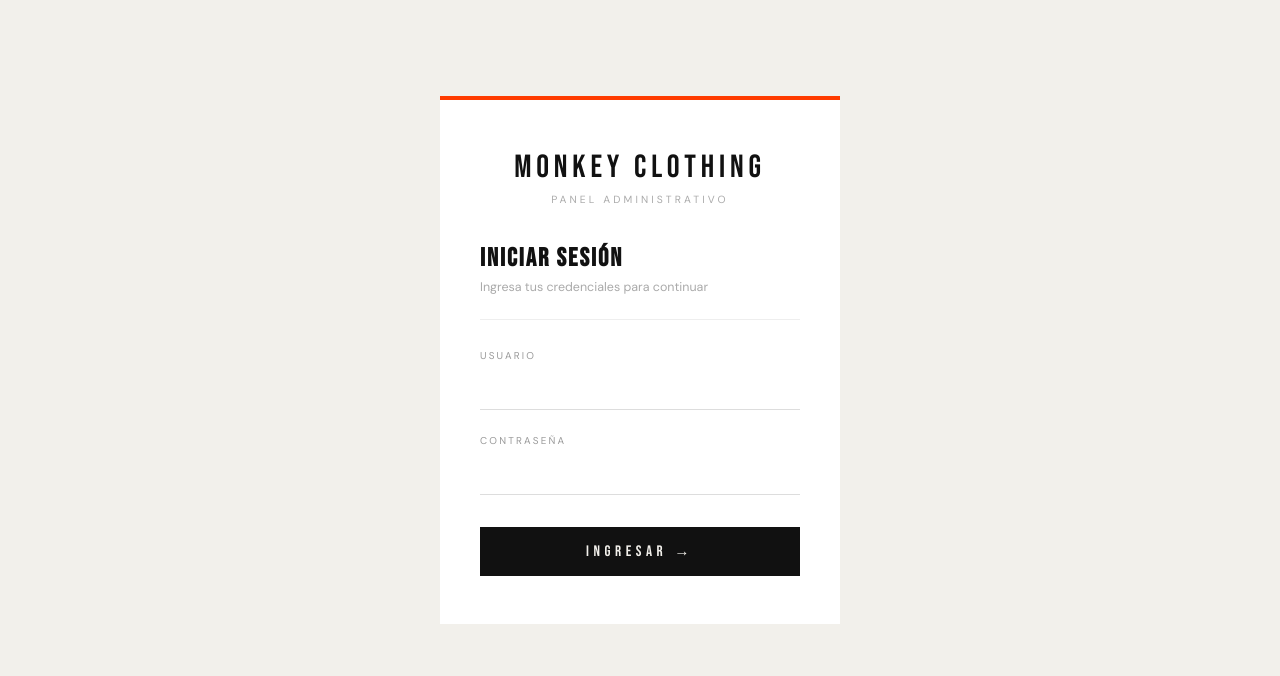
Repository: ZjhonzGz/MonkeyClothing
Page: http://localhost/login
An editor plug-in stored every save of this project. The page is shown before and after the next save, followed by the edit.
The browser window is 1280 px wide. The pictures show the whole page.
The page is this project's Thymeleaf template; nobody is signed in. The template is opened directly, without the code that normally fills it, so the values that code supplies are empty.

Above is the page before, as saved 2026-02-22 08:21:34.

### Monkey Clothing/monkeyclothing/src/main/resources/templates/login.html
<!DOCTYPE html>
<html xmlns:th="http://www.thymeleaf.org" lang="es">
<head>
    <meta charset="UTF-8"/>
    <meta name="viewport" content="width=device-width, initial-scale=1.0"/>
    <title>Monkey Clothing</title>
    <link href="https://fonts.googleapis.com/css2?family=Bebas+Neue&family=DM+Sans:wght@300;400;500&display=swap" rel="stylesheet"/>
    <style>
        * { box-sizing: border-box; margin: 0; padding: 0; }

        body {
            min-height: 100vh;
            background: #f2f0eb;
            font-family: 'DM Sans', sans-serif;
            display: flex;
            align-items: center;
            justify-content: center;
        }

        .card {
            background: #fff;
            width: 100%;
            max-width: 400px;
            padding: 3rem 2.5rem;
            border-top: 4px solid #ff3b00;
        }

        /* Logo */
        .brand {
            text-align: center;
            margin-bottom: 2.2rem;
        }

        .brand-name {
            font-family: 'Bebas Neue', sans-serif;
            font-size: 2rem;
            letter-spacing: .15em;
            color: #111;
            display: block;
        }

        .brand-sub {
            font-size: .65rem;
            letter-spacing: .3em;
            text-transform: uppercase;
            color: #aaa;
        }

        /* Title */
        .form-title {
            font-family: 'Bebas Neue', sans-serif;
            font-size: 1.6rem;
            letter-spacing: .08em;
            color: #111;
            margin-bottom: .3rem;
        }

        .form-sub {
            font-size: .78rem;
            color: #aaa;
            margin-bottom: 1.5rem;
        }

        .divider {
            width: 100%;
            height: 1px;
            background: #eee;
            margin-bottom: 1.8rem;
        }

        /* Error */
        .alert {
            font-size: .78rem;
            color: #ff3b00;
            background: rgba(255,59,0,.06);
            border-left: 3px solid #ff3b00;
            padding: .65rem 1rem;
            margin-bottom: 1.5rem;
        }

        /* Campos */
        .field { margin-bottom: 1.5rem; }

        .field label {
            display: block;
            font-size: .62rem;
            letter-spacing: .22em;
            text-transform: uppercase;
            color: #999;
            margin-bottom: .5rem;
        }

        .field input {
            width: 100%;
            border: none;
            border-bottom: 1.5px solid #ddd;
            padding: .6rem 0;
            font-family: 'DM Sans', sans-serif;
            font-size: .95rem;
            color: #111;
            background: transparent;
            outline: none;
            transition: border-color .2s;
        }

        .field input:focus { border-color: #111; }

        /* Botón */
        .btn {
            width: 100%;
            background: #111;
            color: #f2f0eb;
            border: none;
            padding: .95rem;
            font-family: 'Bebas Neue', sans-serif;
            font-size: .95rem;
            letter-spacing: .3em;
            cursor: pointer;
            margin-top: .5rem;
            transition: background .2s;
        }

        .btn:hover { background: #ff3b00; }

        /* Link */
        .footer-link {
            margin-top: 1.5rem;
            text-align: center;
            font-size: .75rem;
            color: #aaa;
        }

        .footer-link a {
            color: #111;
            font-weight: 500;
            text-decoration: none;
            border-bottom: 1px solid #111;
        }

        .footer-link a:hover { color: #ff3b00; border-color: #ff3b00; }
    </style>
</head>
<body>

<div class="card">

    <div class="brand">
        <span class="brand-name">Monkey Clothing</span>
        <span class="brand-sub">Panel Administrativo</span>
    </div>

    <h2 class="form-title">INICIAR SESIÓN</h2>
    <p class="form-sub">Ingresa tus credenciales para continuar</p>

    <div class="divider"></div>

    <div class="alert" th:if="${error}" th:text="${error}"></div>

    <form th:action="@{/login}" method="post">

        <div class="field">
            <label for="usuario">Usuario</label>
            <input type="text" id="usuario" name="usuario" required/>
        </div>

        <div class="field">
            <label for="clave">Contraseña</label>
            <input type="password" id="clave" name="clave" required/>
        </div>

        <button type="submit" class="btn">Ingresar →</button>

    </form>
</div>

</body>
</html>

After the next save:
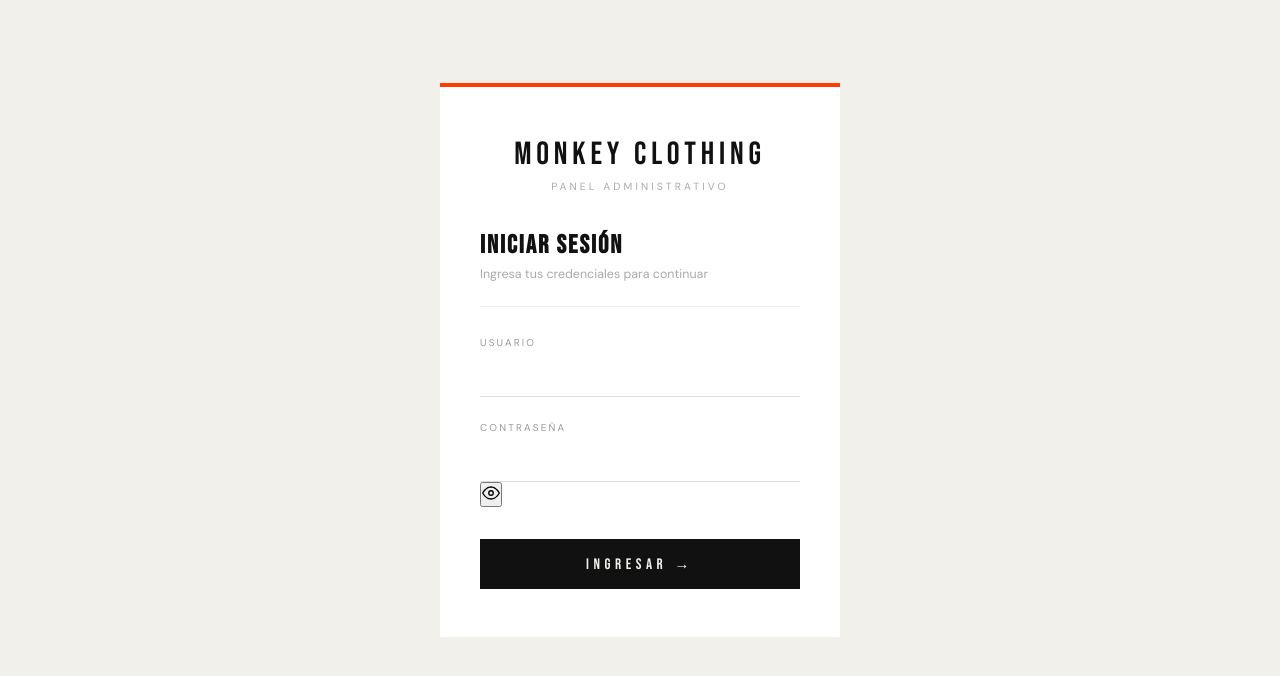
Saved 2 min 25 s later.
--- a/Monkey Clothing/monkeyclothing/src/main/resources/templates/login.html
+++ b/Monkey Clothing/monkeyclothing/src/main/resources/templates/login.html
@@ -163,10 +163,32 @@
             <input type="text" id="usuario" name="usuario" required/>
         </div>
 
-        <div class="field">
-            <label for="clave">Contraseña</label>
-            <input type="password" id="clave" name="clave" required/>
-        </div>
+		<div class="field">
+		            <label for="clave">Contraseña</label>
+		            <div class="pw-wrap">
+		                <input type="password" id="clave" name="clave" required/>
+		                <button type="button" class="pw-eye" onclick="togglePw()" title="Mostrar contraseña">
+		                    <!-- Ojo abierto -->
+		                    <svg id="icon-eye" xmlns="http://www.w3.org/2000/svg" width="18" height="18"
+		                         viewBox="0 0 24 24" fill="none" stroke="currentColor"
+		                         stroke-width="1.8" stroke-linecap="round" stroke-linejoin="round">
+		                        <path d="M1 12s4-8 11-8 11 8 11 8-4 8-11 8-11-8-11-8z"/>
+		                        <circle cx="12" cy="12" r="3"/>
+		                    </svg>
+		                    <!-- Ojo tachado (oculto por defecto) -->
+		                    <svg id="icon-eye-off" xmlns="http://www.w3.org/2000/svg" width="18" height="18"
+		                         viewBox="0 0 24 24" fill="none" stroke="currentColor"
+		                         stroke-width="1.8" stroke-linecap="round" stroke-linejoin="round"
+		                         style="display:none">
+		                        <path d="M17.94 17.94A10.07 10.07 0 0 1 12 20c-7 0-11-8-11-8
+		                                 a18.45 18.45 0 0 1 5.06-5.94"/>
+		                        <path d="M9.9 4.24A9.12 9.12 0 0 1 12 4c7 0 11 8 11 8
+		                                 a18.5 18.5 0 0 1-2.16 3.19"/>
+		                        <line x1="1" y1="1" x2="23" y2="23"/>
+		                    </svg>
+		                </button>
+		            </div>
+		        </div>
 
         <button type="submit" class="btn">Ingresar →</button>
 

After the 2 saves that followed:
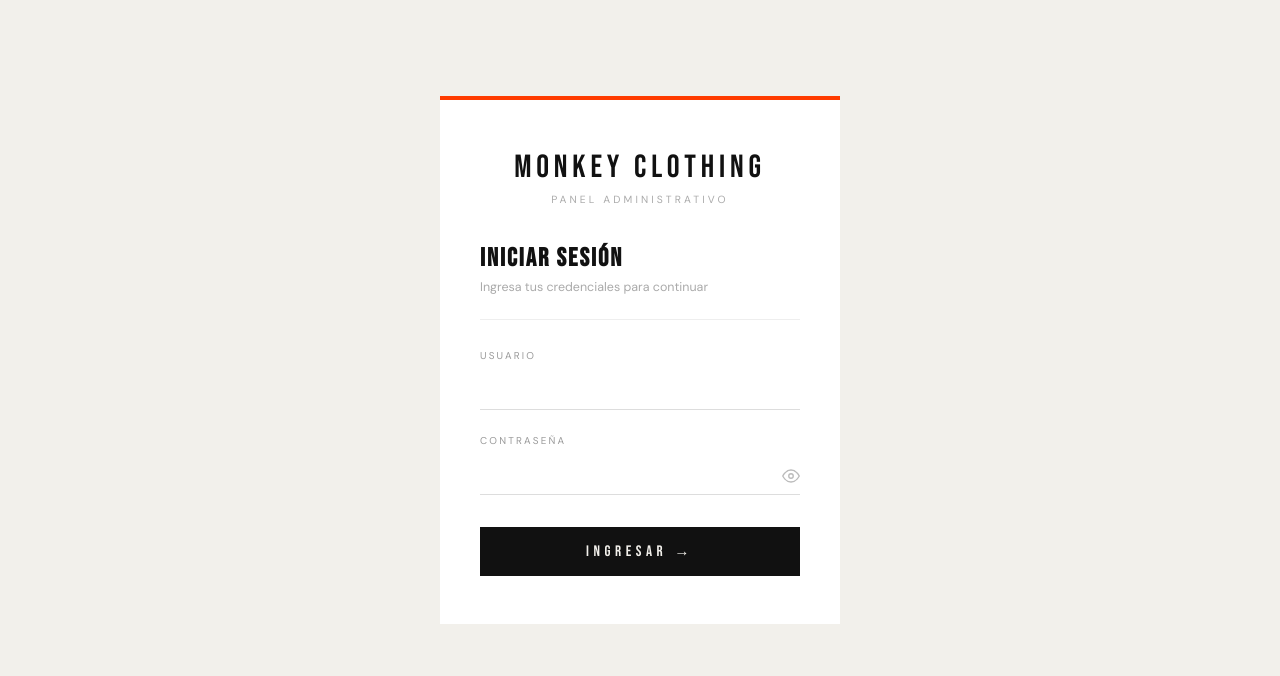
The 2 saves are shown as one change because 1 left the picture as it was.
The last was saved 2 min 43 s later.
--- a/Monkey Clothing/monkeyclothing/src/main/resources/templates/login.html
+++ b/Monkey Clothing/monkeyclothing/src/main/resources/templates/login.html
@@ -25,7 +25,6 @@
             border-top: 4px solid #ff3b00;
         }
 
-        /* Logo */
         .brand {
             text-align: center;
             margin-bottom: 2.2rem;
@@ -46,7 +45,6 @@
             color: #aaa;
         }
 
-        /* Title */
         .form-title {
             font-family: 'Bebas Neue', sans-serif;
             font-size: 1.6rem;
@@ -68,7 +66,6 @@
             margin-bottom: 1.8rem;
         }
 
-        /* Error */
         .alert {
             font-size: .78rem;
             color: #ff3b00;
@@ -78,7 +75,6 @@
             margin-bottom: 1.5rem;
         }
 
-        /* Campos */
         .field { margin-bottom: 1.5rem; }
 
         .field label {
@@ -105,7 +101,26 @@
 
         .field input:focus { border-color: #111; }
 
-        /* Botón */
+        /* Ojo contraseña */
+        .pw-wrap { position: relative; }
+
+        .pw-wrap input { padding-right: 2rem; }
+
+        .pw-eye {
+            position: absolute;
+            right: 0;
+            bottom: .5rem;
+            background: none;
+            border: none;
+            cursor: pointer;
+            padding: 0;
+            color: #bbb;
+            transition: color .2s;
+            line-height: 1;
+        }
+
+        .pw-eye:hover { color: #111; }
+
         .btn {
             width: 100%;
             background: #111;
@@ -121,23 +136,6 @@
         }
 
         .btn:hover { background: #ff3b00; }
-
-        /* Link */
-        .footer-link {
-            margin-top: 1.5rem;
-            text-align: center;
-            font-size: .75rem;
-            color: #aaa;
-        }
-
-        .footer-link a {
-            color: #111;
-            font-weight: 500;
-            text-decoration: none;
-            border-bottom: 1px solid #111;
-        }
-
-        .footer-link a:hover { color: #ff3b00; border-color: #ff3b00; }
     </style>
 </head>
 <body>
@@ -163,37 +161,51 @@
             <input type="text" id="usuario" name="usuario" required/>
         </div>
 
-		<div class="field">
-		            <label for="clave">Contraseña</label>
-		            <div class="pw-wrap">
-		                <input type="password" id="clave" name="clave" required/>
-		                <button type="button" class="pw-eye" onclick="togglePw()" title="Mostrar contraseña">
-		                    <!-- Ojo abierto -->
-		                    <svg id="icon-eye" xmlns="http://www.w3.org/2000/svg" width="18" height="18"
-		                         viewBox="0 0 24 24" fill="none" stroke="currentColor"
-		                         stroke-width="1.8" stroke-linecap="round" stroke-linejoin="round">
-		                        <path d="M1 12s4-8 11-8 11 8 11 8-4 8-11 8-11-8-11-8z"/>
-		                        <circle cx="12" cy="12" r="3"/>
-		                    </svg>
-		                    <!-- Ojo tachado (oculto por defecto) -->
-		                    <svg id="icon-eye-off" xmlns="http://www.w3.org/2000/svg" width="18" height="18"
-		                         viewBox="0 0 24 24" fill="none" stroke="currentColor"
-		                         stroke-width="1.8" stroke-linecap="round" stroke-linejoin="round"
-		                         style="display:none">
-		                        <path d="M17.94 17.94A10.07 10.07 0 0 1 12 20c-7 0-11-8-11-8
-		                                 a18.45 18.45 0 0 1 5.06-5.94"/>
-		                        <path d="M9.9 4.24A9.12 9.12 0 0 1 12 4c7 0 11 8 11 8
-		                                 a18.5 18.5 0 0 1-2.16 3.19"/>
-		                        <line x1="1" y1="1" x2="23" y2="23"/>
-		                    </svg>
-		                </button>
-		            </div>
-		        </div>
+        <div class="field">
+            <label for="clave">Contraseña</label>
+            <div class="pw-wrap">
+                <input type="password" id="clave" name="clave" required/>
+                <button type="button" class="pw-eye" onclick="togglePw()" title="Mostrar contraseña">
+                    <!-- Ojo abierto -->
+                    <svg id="icon-eye" xmlns="http://www.w3.org/2000/svg" width="18" height="18"
+                         viewBox="0 0 24 24" fill="none" stroke="currentColor"
+                         stroke-width="1.8" stroke-linecap="round" stroke-linejoin="round">
+                        <path d="M1 12s4-8 11-8 11 8 11 8-4 8-11 8-11-8-11-8z"/>
+                        <circle cx="12" cy="12" r="3"/>
+                    </svg>
+                    <!-- Ojo tachado (oculto por defecto) -->
+                    <svg id="icon-eye-off" xmlns="http://www.w3.org/2000/svg" width="18" height="18"
+                         viewBox="0 0 24 24" fill="none" stroke="currentColor"
+                         stroke-width="1.8" stroke-linecap="round" stroke-linejoin="round"
+                         style="display:none">
+                        <path d="M17.94 17.94A10.07 10.07 0 0 1 12 20c-7 0-11-8-11-8
+                                 a18.45 18.45 0 0 1 5.06-5.94"/>
+                        <path d="M9.9 4.24A9.12 9.12 0 0 1 12 4c7 0 11 8 11 8
+                                 a18.5 18.5 0 0 1-2.16 3.19"/>
+                        <line x1="1" y1="1" x2="23" y2="23"/>
+                    </svg>
+                </button>
+            </div>
+        </div>
 
         <button type="submit" class="btn">Ingresar →</button>
 
     </form>
+
 </div>
+
+<script>
+    function togglePw() {
+        const input  = document.getElementById('clave');
+        const eyeOn  = document.getElementById('icon-eye');
+        const eyeOff = document.getElementById('icon-eye-off');
+        const visible = input.type === 'text';
+
+        input.type       = visible ? 'password' : 'text';
+        eyeOn.style.display  = visible ? '' : 'none';
+        eyeOff.style.display = visible ? 'none' : '';
+    }
+</script>
 
 </body>
 </html>
